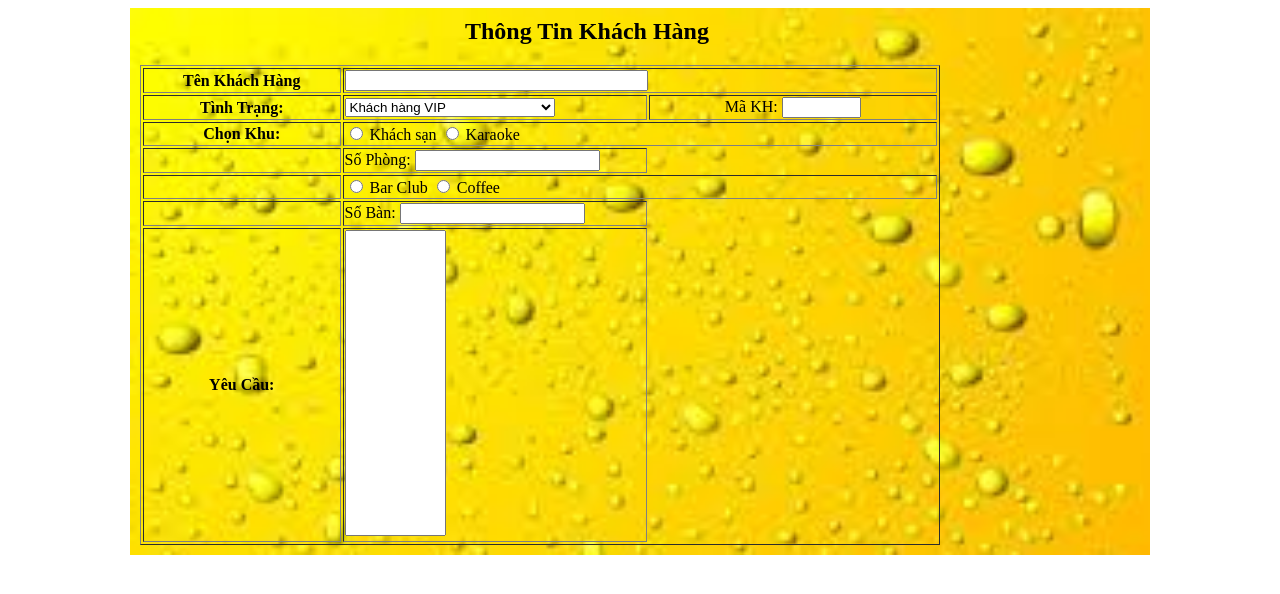
Repository: Tan-Khang21/TH_TKW--Buoi_04
Page: Bai_Tap_Tren_Lop/Bai_02/Frame6.html
The author's editor kept a copy of each file at every save. The page is drawn from the files as they stood at one save, then again after the next save.
The browser window is 1280 px wide. The pictures show the whole page.

Above is the page before, as saved 2024-03-06 14:20:23.

After the next save:
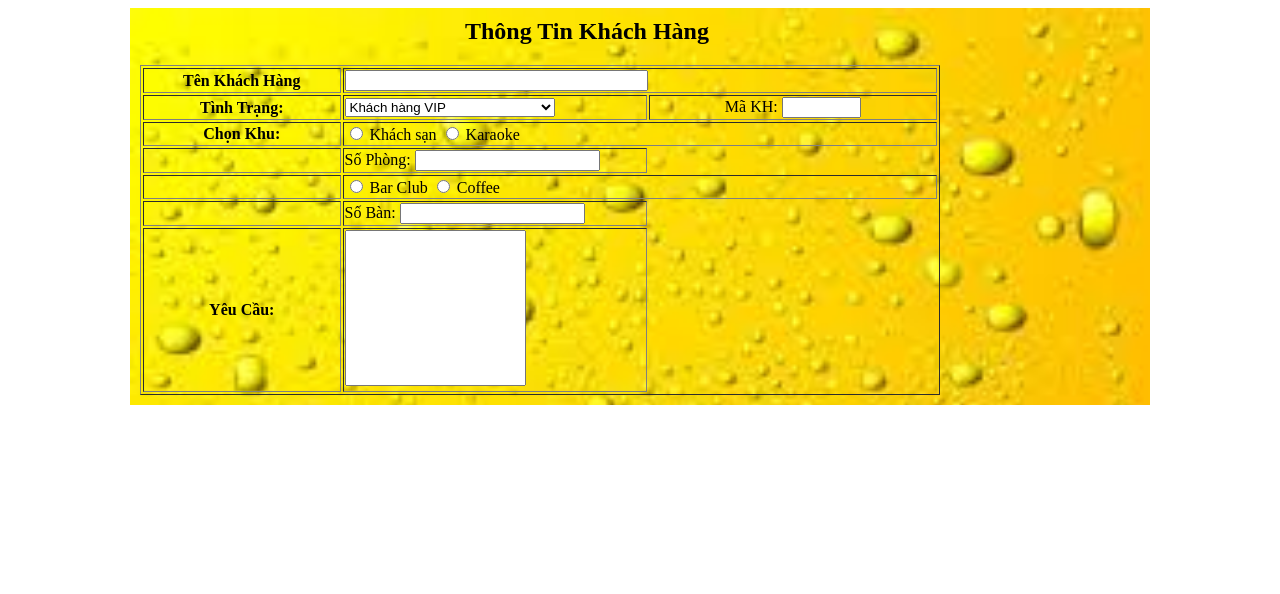
Saved 9 s later.
--- a/Bai_Tap_Tren_Lop/Bai_02/Frame6.html
+++ b/Bai_Tap_Tren_Lop/Bai_02/Frame6.html
@@ -55,7 +55,7 @@
         </tr>
       <tr>
         <th>Yêu Cầu: </th>
-        <td><textarea style="resize: none;" cols="10" rows="20"></textarea></td>
+        <td><textarea style="resize: none;" cols="20" rows="10"></textarea></td>
       </tr>
     </table>
     </div>
